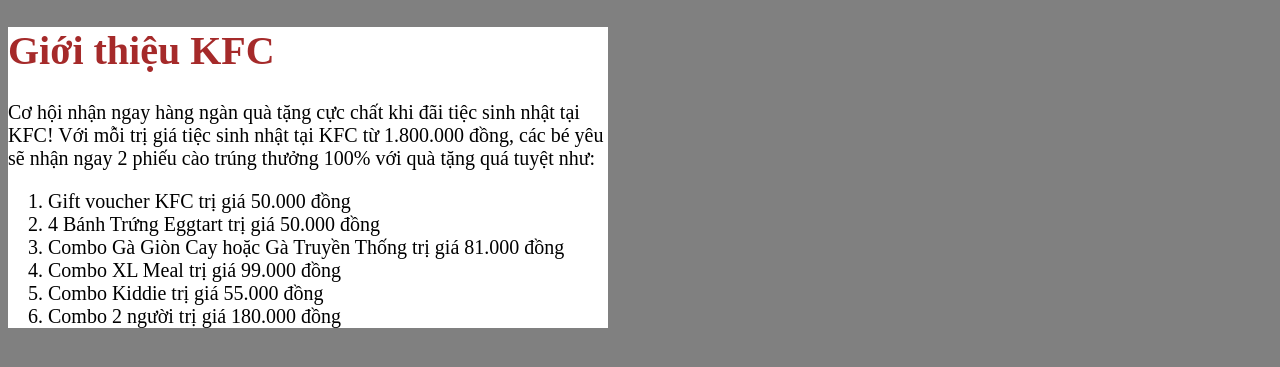
Repository: giahuy405/BC38__-BaiTapHTML_KFC__Pham_Gia_Huy
Page: introduce.html
An editor plug-in stored every save of this project. The page is shown before and after the next save, followed by the edit.
The browser window is 1280 px wide. The pictures show the whole page.

Above is the page before, as saved 2022-09-07 00:37:16.

### introduce.html
<!DOCTYPE html>
<html lang="en">
<head>
    <meta charset="UTF-8">
    <meta http-equiv="X-UA-Compatible" content="IE=edge">
    <meta name="viewport" content="width=device-width, initial-scale=1.0">
    <title>Document</title>
    <link rel="stylesheet" href="./css/introduce.css">
</head>
<body>
    <div class="container">
        <h1>Giới thiệu KFC</h1>
        <p>Cơ hội nhận ngay hàng ngàn quà tặng cực chất khi đãi tiệc sinh nhật tại KFC!
            Với mỗi trị giá tiệc sinh nhật tại KFC từ 1.800.000 đồng, các bé yêu sẽ nhận ngay 2 phiếu cào trúng thưởng 100% với quà tặng quá tuyệt như:</p>
        <ol>
            <li>Gift voucher KFC trị giá 50.000 đồng</li>
            <li>4 Bánh Trứng Eggtart trị giá 50.000 đồng</li>
            <li>Combo Gà Giòn Cay hoặc Gà Truyền Thống trị giá 81.000 đồng</li>
            <li>Combo XL Meal trị giá 99.000 đồng</li>
            <li>Combo Kiddie trị giá 55.000 đồng</li>
            <li>Combo 2 người trị giá 180.000 đồng</li>
        </ol>
    </div>
</body>
</html>

### css/introduce.css
.container{
    width: 600px;
    background-color: white;
    font-size: 20px;
}
body{
    background-color: gray;
}
.container h1{
    color: brown;
    font-size: 40px;
}

After the next save:
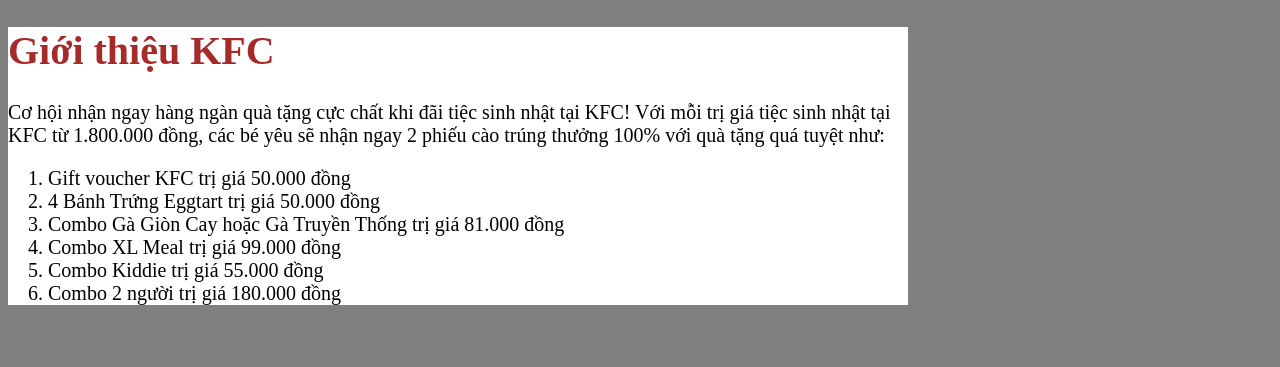
Saved 17 s later.
--- a/css/introduce.css
+++ b/css/introduce.css
@@ -1,5 +1,5 @@
 .container{
-    width: 600px;
+    width: 900px;
     background-color: white;
     font-size: 20px;
 }
